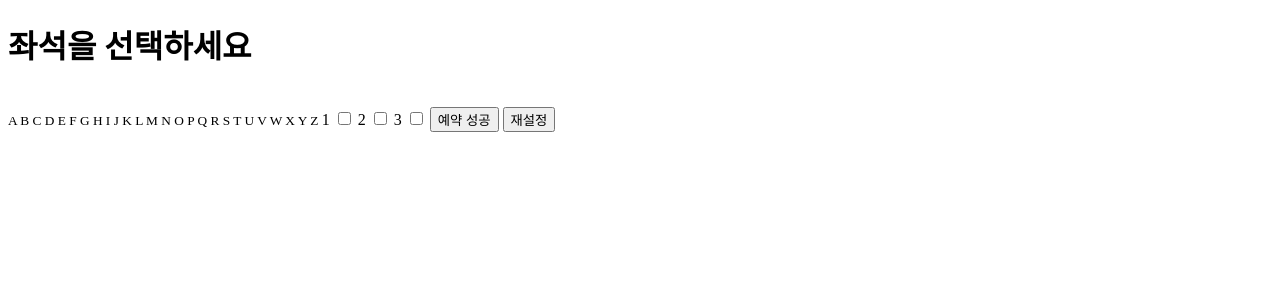
Repository: xxihyun0830/JSP
Page: http://localhost/Day3_getpost/concert_seat.jsp
The author's editor kept a copy of each file at every save. The page is drawn from the files as they stood at one save, then again after the next save.
The browser window is 1280 px wide. The pictures show the whole page.
The page is served by Tomcat 9. Other server files are loaded and not shown.

Above is the page before, as saved 2019-07-11 09:19:28.

### Day3_getpost/WebContent/concert_seat.jsp
<%@ page language="java" contentType="text/html; charset=utf-8"
    pageEncoding="utf-8" import = "java.util.*" %>
<!DOCTYPE html>
<html>
<head>
<meta charset="utf-8">
<title>concert seat</title>
</head>
<body>
<p align = "center">
<h1> 좌석을 선택하세요</h1>
<br>

<%
for(char c= 'A'; c<='Z';c++){ %>
 <small> <%= c %> </small>

<%
 }%>

<% for(int r= 1; r<=3; r++){  %>
	    <%= r %>

	    <input type = "checkbox" name = "seat" >
<%} %>

<input type = "submit" value = "예약 성공">
<input type = "reset" value = "재설정">


</body>
</html>

After the next save:
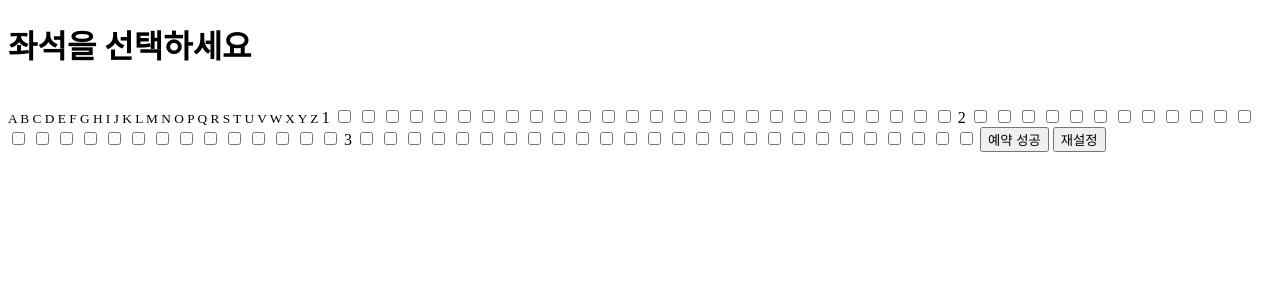
Saved 53 s later.
--- a/Day3_getpost/WebContent/concert_seat.jsp
+++ b/Day3_getpost/WebContent/concert_seat.jsp
@@ -20,8 +20,10 @@ for(char c= 'A'; c<='Z';c++){ %>
 
 <% for(int r= 1; r<=3; r++){  %>
 	    <%= r %>
+	<%for(int j = 0; j<26 ;j++){ %>
+	   <input type = "checkbox" name = "seat" >
+	<%}%>
 
-	    <input type = "checkbox" name = "seat" >
 <%} %>
 
 <input type = "submit" value = "예약 성공">
